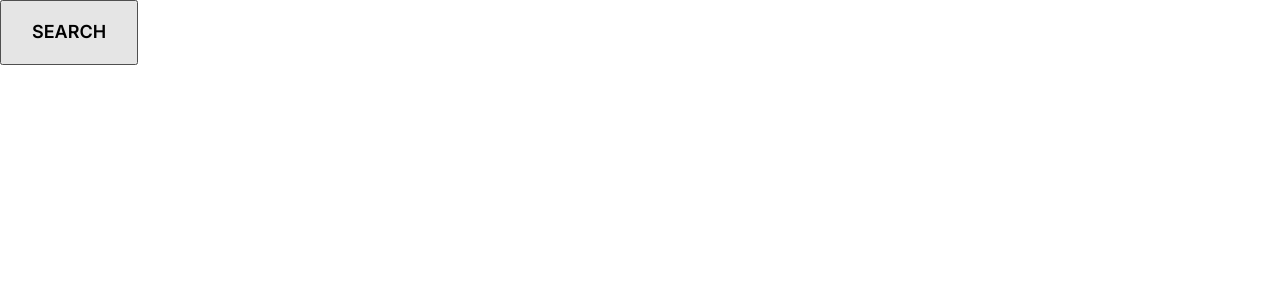
Repository: Qiwenweiii/CodeWithMosh
Page: index.html
These files come from the project's save history. The page is drawn as it stood at one moment and after a run of saves; the edit follows.
The browser window is 1280 px wide. The pictures show the whole page.

Above is the page before, as saved 2021-11-11 20:36:40.

After the next 2 saves:
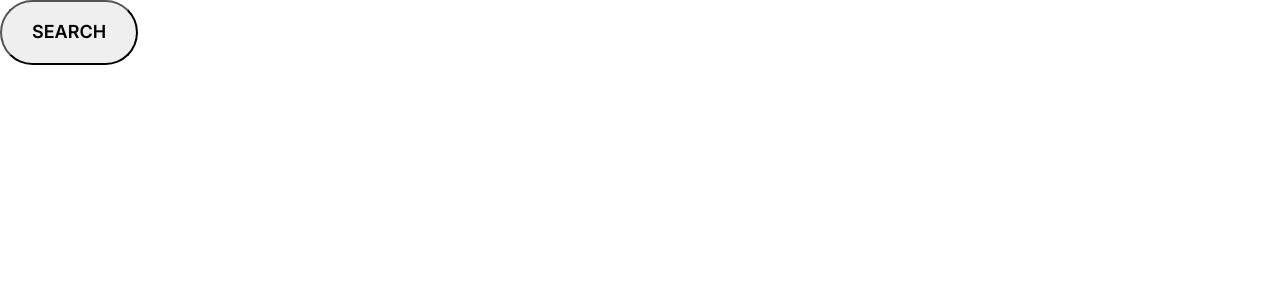
The 2 saves are shown as one change because they came seconds apart.
The last was saved 10 s later.
--- a/styles/styles.css
+++ b/styles/styles.css
@@ -203,6 +203,7 @@ a {
     font-weight: 600;
     text-transform: uppercase;
     padding: 2rem 3rem;
+    border-radius: 40px;
 }
 
 
